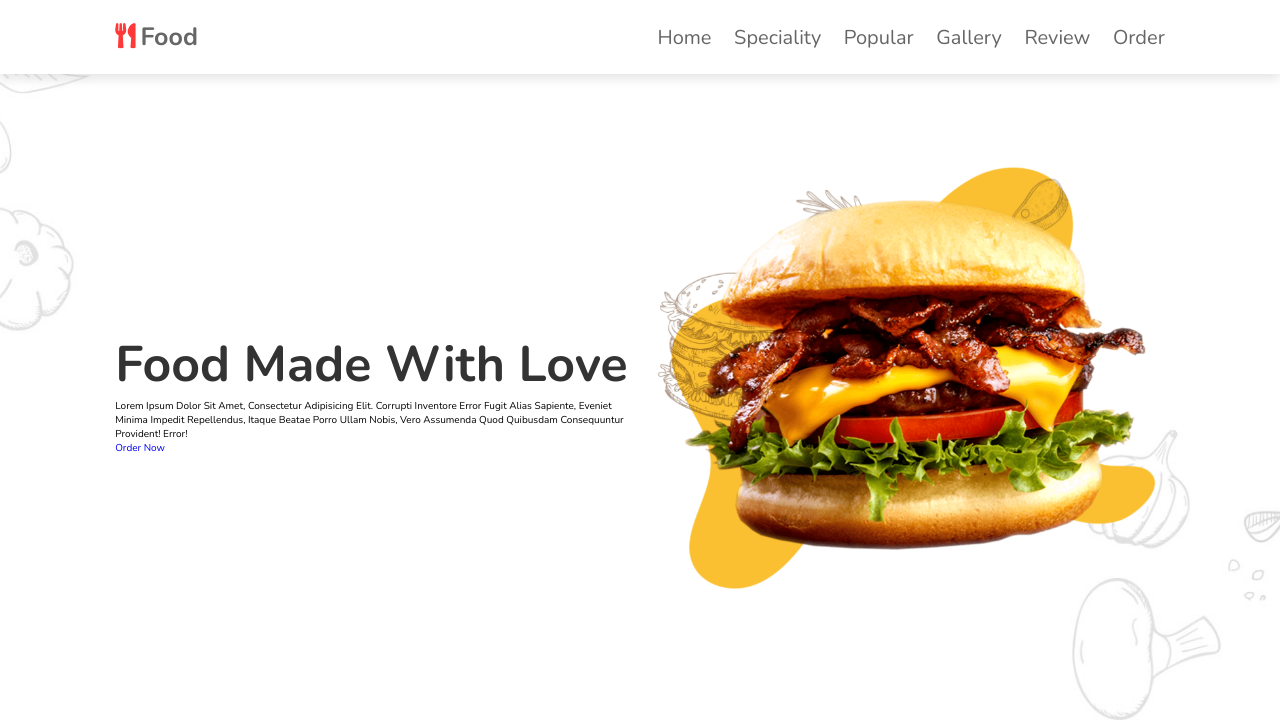
Repository: ManhTanVN/food
Page: index.html
These files come from the project's save history. The page is drawn as it stood at one moment and after the next save; the edit follows.
The browser window is 1280 px wide. The pictures show the whole page.
The style sheet was rebuilt from its Sass, Less or Tailwind sources for each picture, by a compiler version that may differ from the author's.

Above is the page before, as saved 2021-08-29 15:09:44.

### index.html
<!DOCTYPE html>
<html lang="en">
<head>
    <meta charset="UTF-8">
    <meta http-equiv="X-UA-Compatible" content="IE=edge">
    <meta name="viewport" content="width=device-width, initial-scale=1.0">
    <title>Document</title>
    <!-- font awe-some CDN -->
    <link rel="stylesheet" href="https://cdnjs.cloudflare.com/ajax/libs/font-awesome/5.15.4/css/all.min.css">

    <!-- custom css -->
    <link rel="stylesheet" href="./assets/css/style.css">
</head>
<body>
    <!-- header section start -->
    <header>
        <a href="#" class="logo"><i class="fas fa-utensils"></i>food</a>
        <div id="menu-bar" class="fas fa-bars"></div>
        <nav class="navbar">
            <a href="#home">home</a>
            <a href="#speciality">speciality</a>
            <a href="#popular">popular</a>
            <a href="#gallery">gallery</a>
            <a href="#review">review</a>
            <a href="#order">order</a>
        </nav>
    </header>
    <!-- header section end -->

    <!-- home section starts -->
    <section class="home" id="home">
        <div class="home__content">
            <h3>food made with love</h3>
            <p>Lorem ipsum dolor sit amet, consectetur adipisicing elit. Corrupti inventore error fugit alias sapiente, eveniet minima impedit repellendus, itaque beatae porro ullam nobis, vero assumenda quod quibusdam consequuntur provident! Error!</p>
            <a href="#" class="btn">order now</a>
        </div>
        <div class="home__image">
            <img src="./assets/images/home-img.png" alt="">
        </div>


    </section>
    <!-- home section ends -->

<!-- custom js -->
<script src="./assets/js/main.js"></script>
</body>
</html>

### assets/js/main.js
let menu = document.querySelector("#menu-bar");
let navbar = document.querySelector(".navbar");

menu.onclick = () =>{
    menu.classList.toggle('fa-times');
    navbar.classList.toggle('active');
}

// window.onscroll = () => {
//     menu.classList.remove('fa-times');
//     navbar.classList.remove('active');
// }

### sass/style.scss
@import url('https://fonts.googleapis.com/css2?family=Nunito:wght@200;300;400;600;700&display=swap');
@import './mixin';
@import './variables';
@import './animation';
@import './base';
@import './header';
@import './menu-bar';
@import './home';

@import './_media';

### sass/_mixin.scss
@mixin responsive($breakpoint) {
    @if $breakpoint == tablet {
        @media (max-width:991px) {@content}
    };

    @if $breakpoint == phone {
        @media (max-width: 768px) {@content}
    };

    @if $breakpoint == small {
        @media (max-width: 400px) {@content}
    };
}

### sass/_variables.scss
$color-red: #ff3838;

### sass/_animation.scss
@keyframes float {
    0%, 100% {
        transform: translateY(0rem)
    };

    50% {
        transform: translateY(03rem)
    }
}

### sass/_base.scss
* {
    font-family: 'Nunito', sans-serif;
    padding: 0; margin: 0;
    box-sizing: border-box;
    border: 0; outline: none;
    text-transform: capitalize;
    text-decoration: none;
    transition: all .2s linear;
}

*::selection {
    background: $color-red;
    color: #fff;
}

html {
    font-size: 62.5%;
    overflow-x: hidden;
    scroll-behavior: smooth;
    scroll-padding-top: 6rem;
    @include responsive (tablet) {
        font-size: 55%;
    }

    @include responsive (small) {
        font-size: 50%;

    }
}

body {
    background: #f7f7ff;
}

section {
    padding: 2rem 9%;
}

### sass/_header.scss
header {
    position: fixed;
    top: 0;
    left: 0;
    right: 0;
    z-index: 9999;
    background: #fff;
    padding: 2rem 9%;
    box-shadow: 0 0.5rem 1rem rgba(0,0,0,.1);
    display: flex;
    justify-content: space-between;
    align-items: center;
    @include responsive (tablet) {
        padding: 2rem;
    }

}
header .logo {
    font-size: 2.5rem;
    font-weight: bold;
    color: #666;
}
header .logo i {
    padding-right: .5rem;
    color: $color-red;
}
header .navbar a {
    font-size: 2rem;
    margin-left: 2rem;
    color: #666;

    @include responsive (phone) {
        margin: 1.5rem;
        padding: 1.5rem;
        display: block;
        border: .2rem solid rgba(0,0,0,.1);
        border-left: .5rem solid $color-red;
        background: #fff;
    }
}

header .navbar a:hover {
    color: $color-red;
}

header .navbar {
    @include responsive (phone) {
        position: absolute;
        top: 100%;
        right: 0;
        left: 0;
        background: #f7f7f7;
        border-top: .1rem solid rgba(0,0,0,.1);
        clip-path: polygon(0 0, 100% 0 , 100% 0 , 0 0);
        // -webkit-clip-path :(0 0, 100% 0 , 100% 0 , 0 0);
    }
}
header .navbar.active {
    @include responsive (phone) {
        clip-path: polygon(0 0, 100% 0 , 100% 100% , 0 100%);

    }
}

### sass/_menu-bar.scss
#menu-bar {
    font-size: 3rem;
    cursor: pointer;
    color: #666;
    border: .1rem solid #666;
    border-radius: .3rem;
    padding: .5rem 1.5rem;
    display: none;

    @include responsive (phone) {
        display: initial;
    }

}

### sass/_home.scss
.home {
    display: flex;
    flex-wrap: wrap;
    gap: 1.5rem;
    min-height: 100vh;
    align-items: center;
    background: url(../assets/images/home-bg.jpg) no-repeat;
    // background: url(../assets/images/pic1.png);
    // background: gold;
    background-size: cover;
    background-position: center;

    &__content{
        flex: 1 1 40rem;
        padding-top: 6.5rem;

        & h3{
            font-size: 5rem;
            color: #333;
        }
    }
    &__image {
        flex: 1 1 40rem;

    }
    &__image img {
        width: 100%;
        padding: 1rem;
        animation: float 3s linear infinite;
    }
}

### sass/__media.scss
@media (max-width: 991px) {
    html {
    }
    header {

    }
}

@media (max-width: 768px) {


    .menu-bar {

    }
}

After the next save:
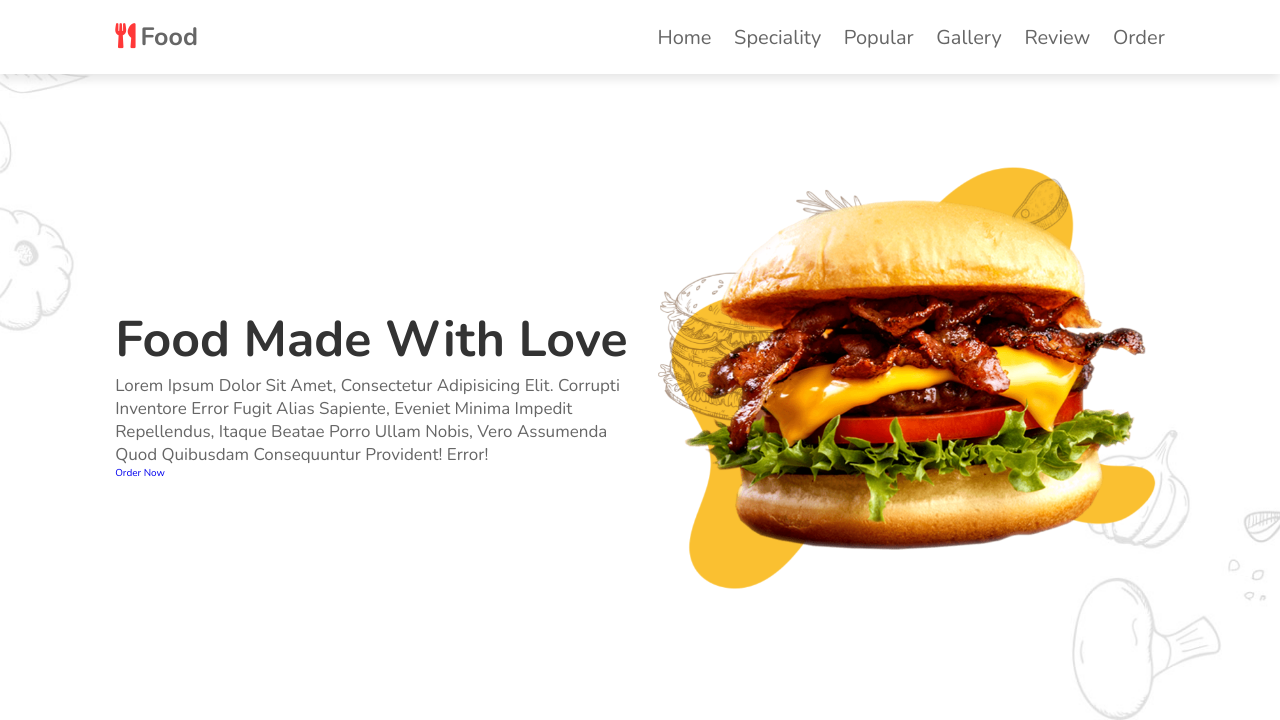
Saved 39 s later.
--- a/sass/_home.scss
+++ b/sass/_home.scss
@@ -18,6 +18,10 @@
             font-size: 5rem;
             color: #333;
         }
+        & p{
+            font-size: 1.7rem;
+            color: #666;
+        }
     }
     &__image {
         flex: 1 1 40rem;
